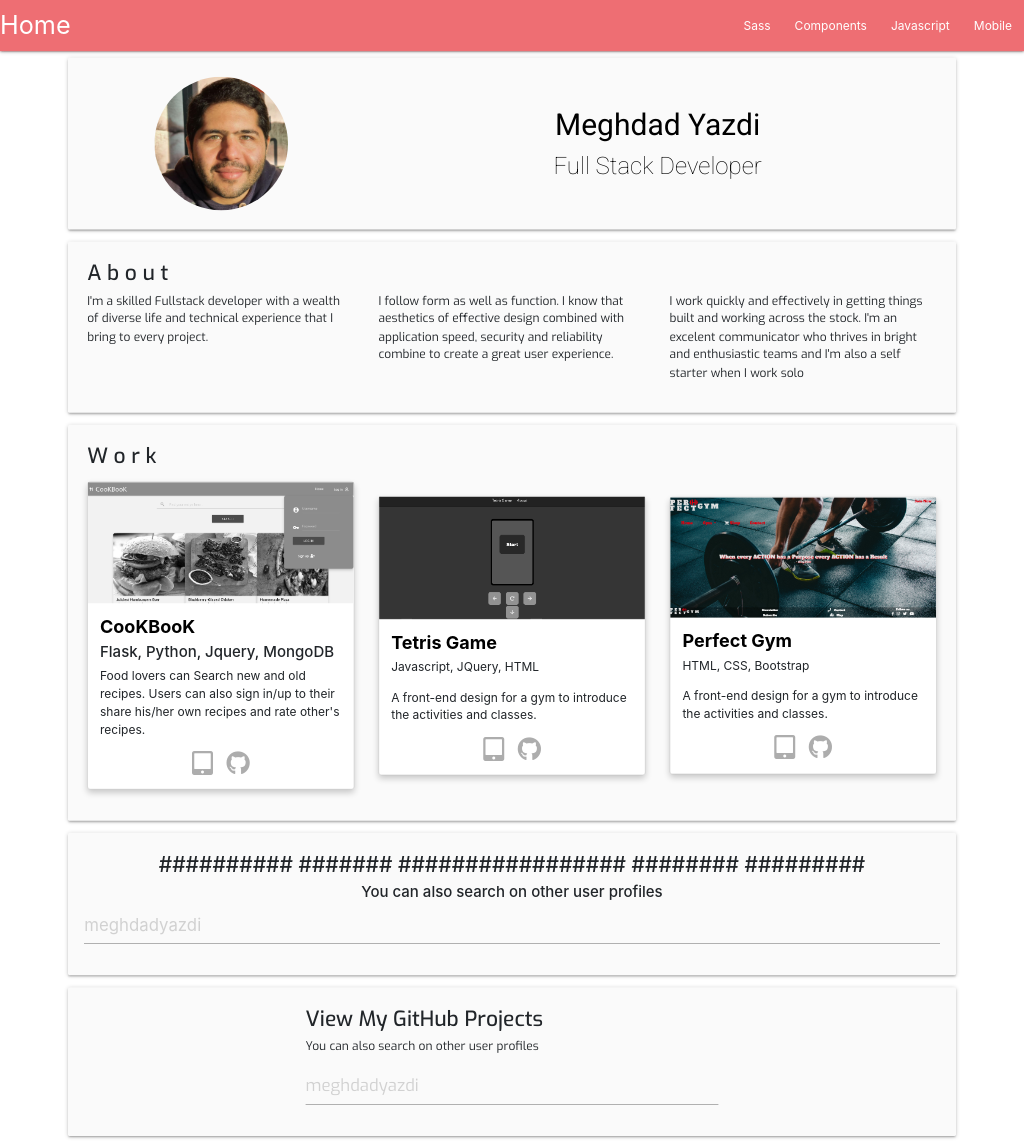
Repository: meghdadyazdi/SD_Res
Page: index.html
The author's editor kept a record of every edit. The page is drawn from the files as they stood at one moment, then again after the next edit.
The browser window is 1280 px wide. The pictures show the whole page, at 80% of full size.
Some web libraries are served in a nearby version.

Above is the page before.
Console error: ReferenceError: $ is not defined

After the next edit:
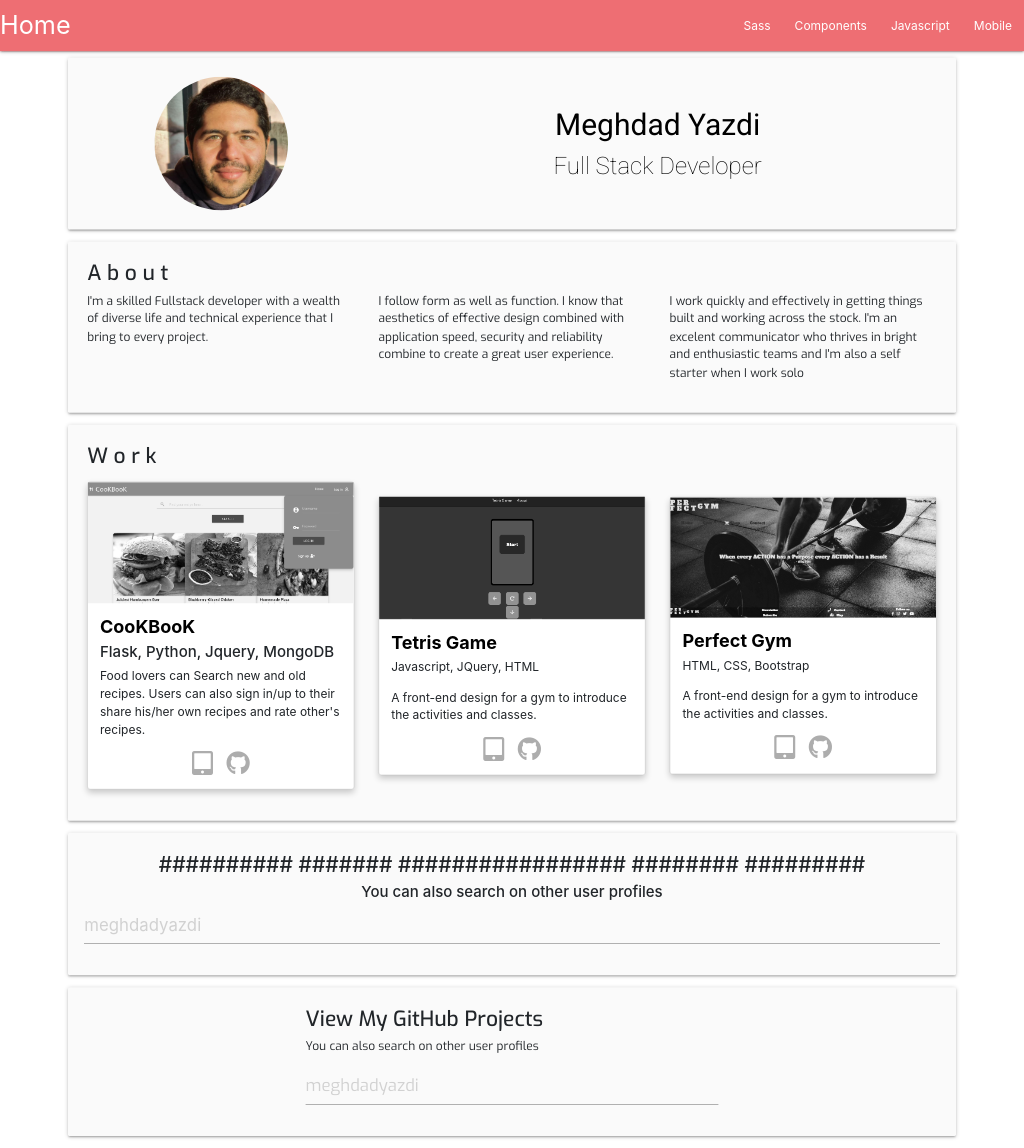
The edit:
--- a/index.html
+++ b/index.html
@@ -134,7 +134,7 @@
 
       <div class="col-sm-12 col-md-6 col-lg-4 box">
       <div class="card">
-        <img src="assets/images/gym.png" alt="Avatar" style="width:100%">
+        <img src="assets/images/gym.png" alt="Gym" class="work-img">
         <div class="container">
           <h4><b>Perfect Gym</b></h4>
           <p>HTML, CSS, Bootstrap</p>
